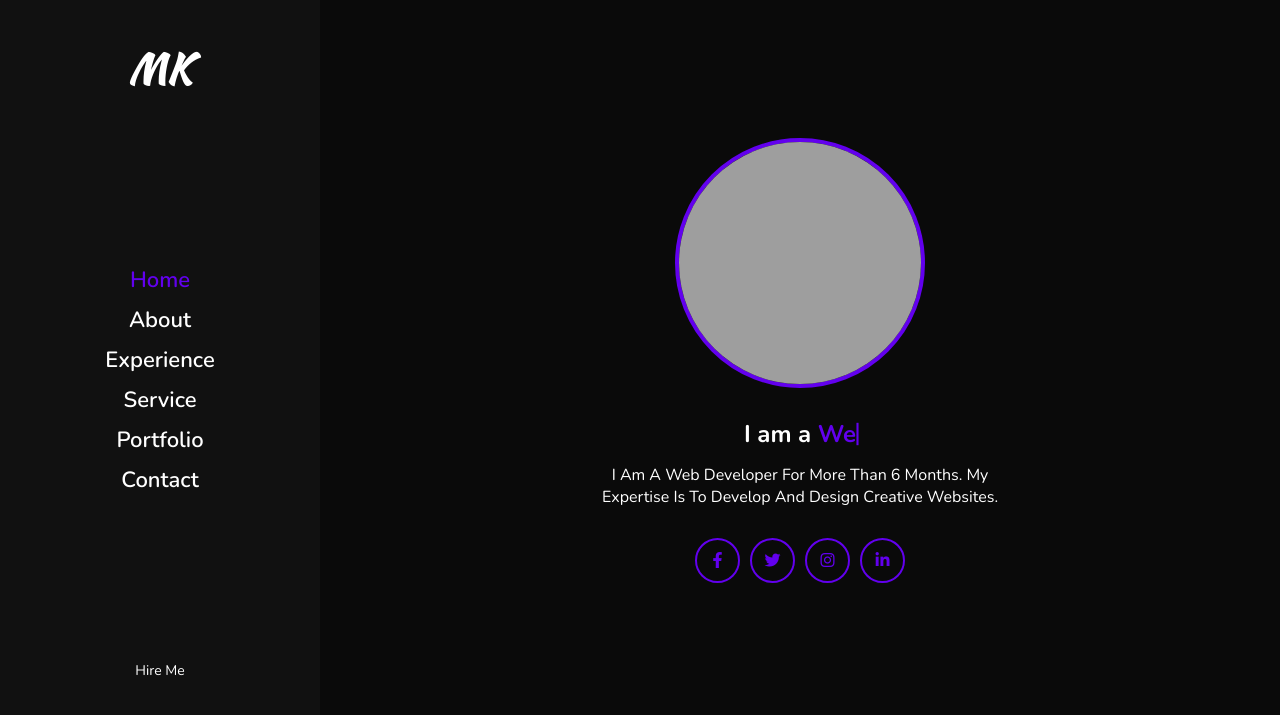
Repository: mk0144/Personal-Portfolio
Page: index.html
These files come from the project's save history. The page is drawn as it stood at one moment and after the next save; the edit follows.
The browser window is 1280 px wide. The pictures show the whole page.
Pictures or frames that could not be fetched are drawn as grey boxes. Some web libraries are served in a nearby version.

Above is the page before, as saved 2022-05-21 21:27:49.

### index.html
<!DOCTYPE html>
<html>

<head>
    <title>My Portfolio</title>
    <link href="./css/stylesheet.css" rel="stylesheet">
    <link href="./css/media.css" rel="stylesheet">
    <link href="https://cdnjs.cloudflare.com/ajax/libs/font-awesome/6.1.1/css/all.min.css" rel="stylesheet">
</head>

<body>
    <main>
        <!-- sidebar -->
        <header>
            <div class="logo">
                <h1>MK</h1>
            </div>

            <ul class="menu">
                <li class="menu_item"><a href="#">Home</a></li>
                <li class="menu_item"><a href="#">About</a></li>
                <li class="menu_item"><a href="#">Experience</a></li>
                <li class="menu_item"><a href="#">Service</a></li>
                <li class="menu_item"><a href="#">Portfolio</a></li>
                <li class="menu_item"><a href="#">Contact</a></li>
            </ul>

            <div class="hire">
                <a href="#">Hire Me</a>
            </div>

        </header>
        <!-- \sidebar -->

        <!-- pages -->
        <div class="pages">
            <!-- home -->
            <section class="home" onmousewheel="scrollFunc(0)">
                <div class="home_inner">
                    <div class="pic">
                        <img src="https://img.freepik.com/free-photo/handsome-confident-smiling-man-with-hands-crossed-chest_176420-18743.jpg?t=st=1652281811~exp=1652282411~hmac=6ffdf10012cb5dbc06aa54032b22c75f276b0e4fb6505f701aa6eadd4853c3fd&w=826"
                            alt="Self Image">
                    </div>

                    <h2>I am a <span id="roleText"></span></h2>

                    <p>
                        I Am A Web Developer For More Than 6 Months. My Expertise Is To Develop And Design Creative
                        Websites.
                    </p>

                    <ul class="social_links">
                        <li><a href="#"><i class="fa-brands fa-facebook-f"></i></a></li>
                        <li><a href="#"><i class="fa-brands fa-twitter"></i></a></li>
                        <li><a href="#"><i class="fa-brands fa-instagram"></i></a></li>
                        <li><a href="#"><i class="fa-brands fa-linkedin-in"></i></a></li>
                    </ul>

                </div>
            </section>
            <!-- \home -->


            <!-- about -->
            <section class="about" onmousewheel="scrollFunc(1)">
                <div class="about_inner">
                    <h1>About Me</h1>

                    <div class="bottom">
                        <div class="pic">
                            <img src="https://img.freepik.com/free-photo/attractive-laughing-guy-having-fun-smiling-happy_176420-18839.jpg?t=st=1652270858~exp=1652271458~hmac=8bf7c3dfd1bbd5bdfd2ee253775783bd67b9f300cc793455fe6b38c6d306b22e&w=826"
                                alt="Self Image">
                        </div>
                    </div>

                </div>
            </section>
            <!-- \about -->


            <!-- skills -->
            <section class="skills" onmousewheel="scrollFunc(2)">
                <div class="skills_inner">
                    <h1>Skills</h1>

                </div>
            </section>
            <!-- \skills -->


            <!-- experience -->
            <section class="experience" onmousewheel="scrollFunc(3)">
                <div class="experience_inner">
                    <h1>Experience</h1>
                </div>
            </section>
            <!-- \experience -->


        </div>
        <!-- \pages -->

    </main>


    <!-- script -->
    <script src="./js/script.js"></script>
</body>

</html>

### css/stylesheet.css
/* common */
@import url("https://fonts.googleapis.com/css2?family=Nunito:ital,wght@0,200;0,300;0,400;0,500;0,600;0,700;0,800;0,900;1,200;1,300;1,400;1,500;1,600;1,700;1,800;1,900&display=swap");
@import url("https://fonts.googleapis.com/css2?family=Kaushan+Script&family=Poppins:ital,wght@0,100;0,200;0,300;0,400;0,500;0,600;0,700;0,800;0,900;1,100;1,200;1,300;1,400;1,500;1,600;1,700;1,800;1,900&display=swap");

:root {
  --primary: #6200ee;
  --black: #0a0a0a;
  --blackDim: #111111;
}

* {
  margin: 0;
  padding: 0;
  box-sizing: border-box;
  list-style: none;
  text-decoration: none;
  font-family: "Nunito";
  font-size: 10px;
  color: white;
}

a {
  font-size: 1.4rem;
  display: inline-block;
}

span {
  display: inline-block;
}

img {
  width: 100%;
  height: 100%;
  object-fit: cover;
  object-position: center;
}

p {
  font-size: 1.6rem;
}

ul li {
  font-size: 1.6rem;
}

h1 {
  font-size: 3.2rem;
}

h2 {
  font-size: 2.4rem;
}
/* \common */

/* main */
main {
  width: 100%;
}
/* header */
header {
  width: 25%;
  height: 100%;
  position: fixed;
  padding: 4rem 2rem;
  background-color: var(--blackDim);
  text-align: center;
  display: flex;
  flex-direction: column;
  justify-content: space-between;
}
/* \header */

/* pages */
.pages {
  width: 75%;
  height: 100vh;
  overflow: hidden;
  margin: 0 0 0 25%;
}

.pages > section {
  width: 100%;
  height: 100vh;
  overflow: hidden;
  padding: 0 6rem;
  display: flex;
  align-items: center;
  transition: 2s;
}

.pages .home {
  background-color: var(--black);
  justify-content: center;
  text-align: center;
}

.pages .about {
  background-color: black;
}

.pages .skills {
  background-color: var(--black);
}

.pages .experience {
  background: black;
}
/* \pages */
/* /main */

/* header */
header .logo h1 {
  font-family: "Kaushan Script";
  font-size: 4rem;
  color: white;
}

header .menu {
  display: grid;
  row-gap: 1rem;
}

header .menu a {
  font-size: 2.2rem;
  font-weight: 600;
  transition: 0.5s;
}

header .menu_item.active a {
  color: var(--primary);
}

header .menu a:hover {
  color: var(--primary);
  transition: 0.5s;
}
/* \header */

/* pages */
/* home */
.home .home_inner {
  max-width: 400px;
}

.home .pic {
  width: 250px;
  height: 250px;
  border-radius: 50%;
  border: 4px solid var(--primary);
  margin: 0 auto 3rem;
}

.home h2 {
  margin: 0 0 1.4rem;
}

.home h2 span {
  font-size: 2.4rem;
  color: var(--primary);
  position: relative;
}

.home h2 span::after {
  content: "";
  display: inline-block;
  position: absolute;
  width: 3px;
  height: 100%;
  transform: scale(70%);
  background-color: var(--primary);
  animation: cursor_blink 0.3s steps(2) infinite;
}

@keyframes cursor_blink {
  0% {
    visibility: hidden;
  }
}

.home img {
  height: 100%;
  border-radius: 50%;
}

.home .social_links {
  display: flex;
  align-items: center;
  justify-content: center;
  column-gap: 1rem;
  margin: 3rem 0 0;
}

.home .social_links li a {
  width: 4.5rem;
  height: 4.5rem;
  padding: 5px;
  border-radius: 50%;
  border: 2px solid var(--primary);
  display: flex;
  align-items: center;
  justify-content: center;
  transition: 0.5s;
}

.home .social_links li a:hover {
  background-color: white;
  border-color: white;
  transition: 0.5s;
}

.home .social_links li i {
  font-size: 1.6rem;
  color: var(--primary);
  transition: 0.5s;
}

.home .social_links li a:hover i {
  color: var(--black);
  transition: 0.5s;
}
/* \home */

/* about */
.about h1 {
  margin: 0 0 1rem;
}

.about .pic {
  width: 300px;
  height: 350px;
}
/* \about */

/* skills */

/* \skills */
/* \pages */

### js/script.js
// variables
// sections
let scrollValues = [100, 100, 100, 100];
let sections = document.getElementsByTagName("section");
let menu_items = document.getElementsByClassName("menu_item");
menu_items[0].classList.add("active");
// \sections
// home
let roles = ["Web Developer", "Web Designer", "Director", "Marketer"];
let rolesI = 0;
let charPos = 0;
// \home
// \variables

/////////////// functions /////////////
// dynamic text
setInterval(function () {
  setText(roles[rolesI].charAt(charPos));

  if (roles[rolesI].length > charPos) {
    charPos++;
    console.log("if");
  } else if (roles[3].length !== charPos) {
    document.getElementById("roleText").innerHTML = null;
    rolesI++;
    charPos = 0;
    console.log("else if");
  } else {
    document.getElementById("roleText").innerHTML = null;
    rolesI = 0;
    charPos = 0;
    console.log("else");
  }
}, 300);

function setText(text) {
  document.getElementById("roleText").innerHTML += text;
}
// \dynamic text

// smooth scroll
function scrollFunc(index) {
  let scrollToBottom = Math.sign(event.deltaY) === 1;

  if (scrollToBottom && scrollValues[index] > 0) {
    // go top to bottom sections
    if (scrollValues[index - 1] < 100 && scrollValues[index - 1] > 0) {
      scrollValues[index - 1] = scrollValues[index - 1] - 50;
      console.log("if's if", scrollValues);
      sections[index - 1].style.height = scrollValues[index - 1] + "vh";
    } else if (scrollValues.length - 1 !== index) {
      scrollValues[index] = scrollValues[index] - 50;
      console.log("if's else", scrollValues);
      sections[index].style.height = scrollValues[index] + "vh";
    }
  } else if (!scrollToBottom && scrollValues[0] !== 100) {
    // got bottom to top sections
    if (scrollValues[index] < 100) {
      scrollValues[index] = scrollValues[index] + 50;
      console.log("else if's if", scrollValues);
      sections[index].style.height = scrollValues[index] + "vh";
    } else if (scrollValues[index - 1] < 100) {
      scrollValues[index - 1] = scrollValues[index - 1] + 50;
      console.log("else if's else", scrollValues);
      sections[index - 1].style.height = scrollValues[index - 1] + "vh";
    }
  }
}
// \smooth scroll

Loaded but not shown: css/media.css (no stored copy; drawn as an empty file)

After the next save:
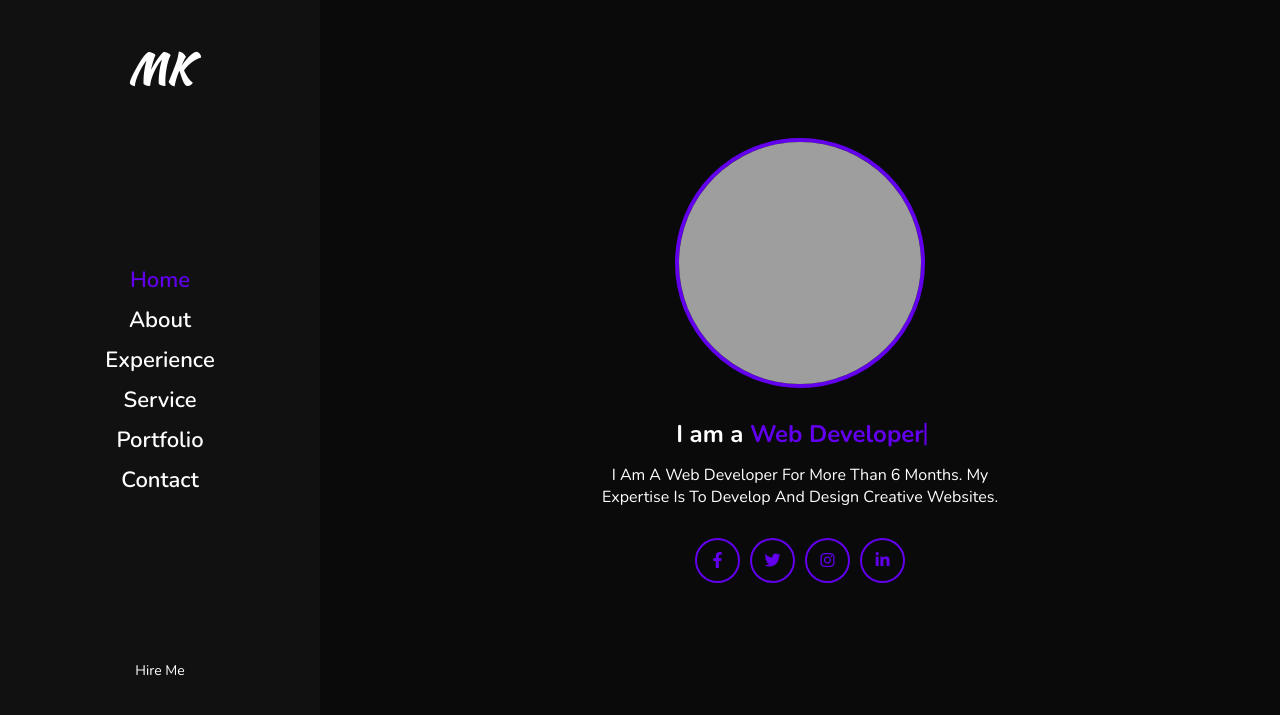
Console error: TypeError: Cannot read properties of undefined (reading 'length')
Saved 17 s later.
--- a/js/script.js
+++ b/js/script.js
@@ -20,7 +20,7 @@
   if (roles[rolesI].length > charPos) {
     charPos++;
     console.log("if");
-  } else if (roles[3].length !== charPos) {
+  } else if (roles[4].length !== charPos) {
     document.getElementById("roleText").innerHTML = null;
     rolesI++;
     charPos = 0;

After the 2 saves that followed:
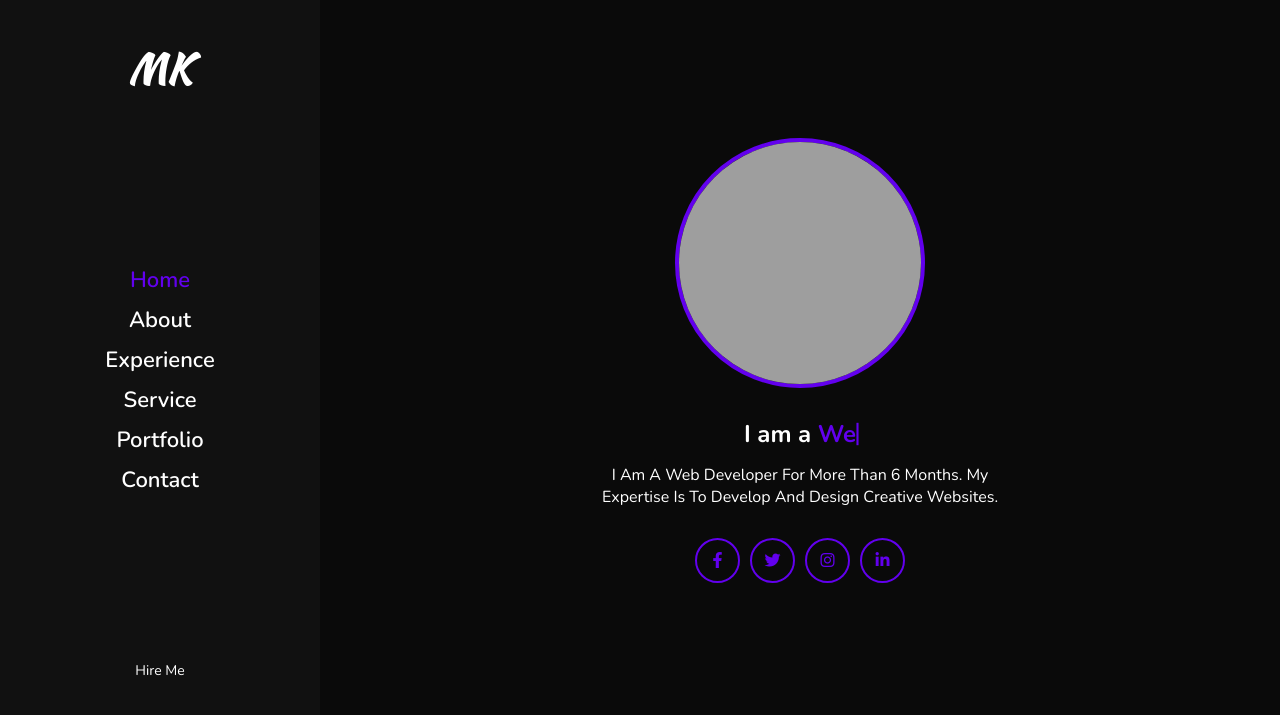
The error is gone.
The 2 saves are shown as one change because they came seconds apart.
The last was saved 20 s later.
--- a/js/script.js
+++ b/js/script.js
@@ -20,7 +20,7 @@
   if (roles[rolesI].length > charPos) {
     charPos++;
     console.log("if");
-  } else if (roles[4].length !== charPos) {
+  } else if (roles[roles.length - 1].length !== charPos) {
     document.getElementById("roleText").innerHTML = null;
     rolesI++;
     charPos = 0;
